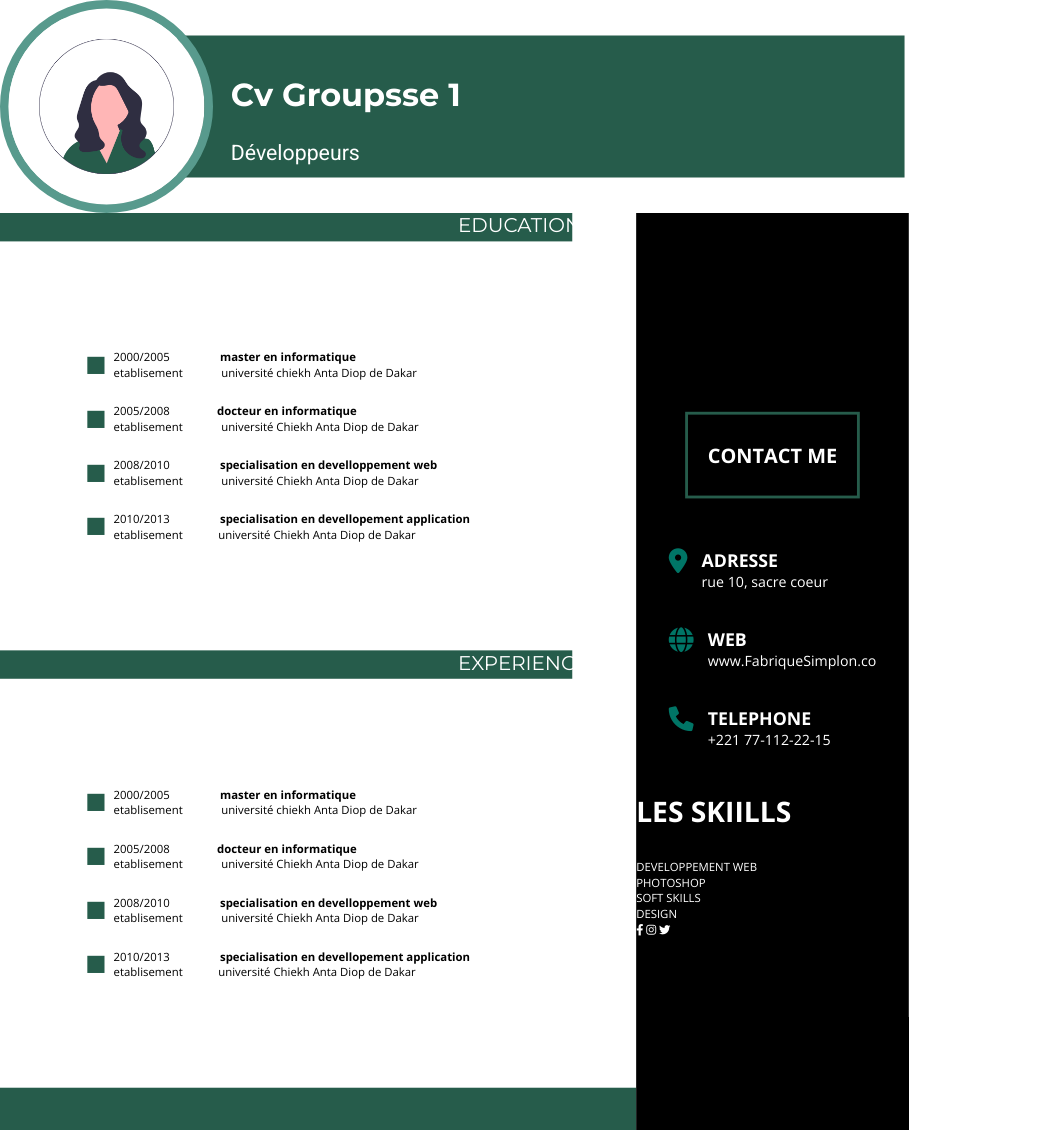
Repository: NdiongueFH/Mon_CV
Page: CV_Groupe1.html
The author's editor kept a copy of each file at every save. The page is drawn from the files as they stood at one save, then again after the next save.
The browser window is 1280 px wide. The page is 1280 px wide, then 1479 px, so the pictures cover 1479 px, including what lies to the right of the window. The pictures show the whole page, at 71% of full size.

Above is the page before, as saved 2024-08-05 15:19:41.

### CV_Groupe1.html
<!DOCTYPE html>
<html lang="fr">
<head>
    <meta charset="UTF-8">
    <meta name="viewport" content="width=device-width, initial-scale=1.0">
    <!--Intégration de police d'écriture via un lien web-->
    <link href="https://fonts.googleapis.com/css2?family=Montserrat:wght@400;700&family=Open+Sans:wght@400;700&family=Roboto:wght@400;500&display=swap" rel="stylesheet">
    <!--Intégration de notre lien CSS-->
    <!--Intégration de police d'écriture via un lien web-->
    <link href="https://fonts.googleapis.com/css2?family=Montserrat:wght@400;700&family=Open+Sans:wght@400;700&family=Roboto:wght@400;500&display=swap" rel="stylesheet">
    <link rel="stylesheet" href="https://cdnjs.cloudflare.com/ajax/libs/font-awesome/6.0.0-beta3/css/all.min.css">
    <!--Intégration de notre lien CSS-->
    <link rel="stylesheet" href="CV_Groupe1.css">
    <title>MON CV</title>

</head>
<body>
    <!--section principale-->
    <section id="principal">

        <!--Début Partie Ndiawar-->

        <!--la partie profile de notre cv-->
        <section id="profile">
            <!--identité-->
            <div id="identite">
                <!--image-->
                <div class="image">

                    <img id="image_profil" src="./image/profil.png" alt="" sizes="30" srcset="">
                </div>
                <!--fin image-->
                <!--debut nom-->
                <div class="nom">
                    <h2 id="name_cv">Cv Groupsse 1</h2>
                    <span id="function">Développeurs</span>
                </div>
                <!--fin nom-->
            </div>
            <!--fin identité-->
        </section>
        <!--fin de la partie profile-->

        <!--Fin Partie Ndiawar Diop-->


        <!--le debut du corp de notre cv-->
        <section  id="renseignement">
            <!--corp -->
            <div id="corps">
                <!--debut blanc-->
                <div class="blanc">
                    <!--Début Partie Anta Maguette Faye-->
                    <!--education-->
                    <div class="edu_exp">
                        <!--titre education-->
                        <div class="titre_edu_exp">
                            EDUCATION
                        </div>
                        <!--fin titre education-->
                        <!--parti education-->
                        <div class="info_edu">
                            <ul id="carre">
                                <li>
                                    <p>
                                        2000/2005 &nbsp;&nbsp;&nbsp;<span class="espace"> <strong>master en informatique</strong> </span><br>
                                        etablisement <span class="espace"> université chiekh Anta Diop de Dakar  </span><br>
                                    </p>
                                </li>
                                <li>
                                    <p>
                                        2005/2008  &nbsp;&nbsp;&nbsp;<span class="espace"><strong>docteur en informatique </strong> </span><br>
                                        etablisement <span class="espace"> université Chiekh Anta Diop de Dakar</span>
                                    </p>
                                </li>
                                <li>
                                    <p>
                                        2008/2010 &nbsp;&nbsp;&nbsp;<span class="espace"> <strong>specialisation en develloppement web </strong>  </span><br>
                                        etablisement <span class="espace">université Chiekh Anta Diop de Dakar</span>
                                    </p>
                                </li>
                                <li>
                                    <p>
                                        2010/2013 &nbsp;&nbsp;&nbsp;<span class="espace"> <strong>specialisation en devellopement application</strong></span>  <br>
                                        etablisement<span class="espace">université Chiekh Anta Diop de Dakar</span>
                                    </p>

                                </li>
                            </ul>
                        </div>
                        <!--fin parti education-->
                    </div>
                    <!--fin education-->


                    <!--Fin Partie Anta Maguette Faye-->

                    <!--Début Partie Fatoumata Hawa Ndiongue-->

                    <!--experience-->
                    <div class="edu_exp" >
                        <!--titre experience-->
                        <div class="titre_edu_exp">
                            EXPERIENCE
                        </div>
                        <!--fin titre experience-->
                        <!--parti experience-->
                            <div class="info_edu">
                                <ul id="carre">
                                    <li>
                                        <p>
                                            2000/2005 &nbsp;&nbsp;&nbsp;<span class="espace"> <strong>master en informatique</strong> </span><br>
                                            etablisement <span class="espace"> université chiekh Anta Diop de Dakar  </span><br>
                                        </p>
                                    </li>
                                    <li>
                                        <p>
                                            2005/2008  &nbsp;&nbsp;&nbsp;<span class="espace"><strong>docteur en informatique </strong> </span><br>
                                            etablisement <span class="espace"> université Chiekh Anta Diop de Dakar</span>
                                        </p>
                                    </li>
                                    <li>
                                        <p>
                                            2008/2010 &nbsp;&nbsp;&nbsp;<span class="espace"> <strong>specialisation en develloppement web </strong>  </span><br>
                                            etablisement <span class="espace">université Chiekh Anta Diop de Dakar</span>
                                        </p>
                                    </li>
                                    <li>
                                        <p>
                                            2010/2013 &nbsp;&nbsp;&nbsp;<span class="espace"> <strong>specialisation en devellopement application</strong></span>  <br>
                                            etablisement<span class="espace">université Chiekh Anta Diop de Dakar</span>
                                        </p>

                                    </li>
                                </ul>
                            </div>
                        <!--fin parti experience-->
                    </div>
                    <!--fin experience-->

                    <!--Début Footer-->
                    <div id="footer">

                    </div>
                    <!--Fin Footer-->

                    <!--Fin Partie Fatoumata Hawa Ndiongue-->

                </div>
                <!--fin blanc-->

                <!--Début Moustapha Dieng-->


                <!--debut noir-->
                <div class="noir">
                    <!--contact-->
                    <div class="contact">
                        <!--titre contact-->
                        <div class="titre_contact_skill">
                            <h1>CONTACT ME</h1>
                        </div>
                        <!--fin titre contact-->
                        <!-- donnee contact-->
                        <div class="donnees_contact">
                            <div class="info_contact">
                                <i class="fas fa-map-marker-alt"></i>
                                <div>
                                    <strong>ADRESSE</strong><br>
                                    rue 10, sacre coeur
                                </div>
                            </div>
                            <div class="info_contact">
                                <i class="fas fa-globe"></i>
                                <div>
                                    <strong>WEB</strong><br>
                                    www.FabriqueSimplon.co
                                </div>
                            </div>
                            <div class="info_contact">
                                <i class="fas fa-phone"></i>
                                <div>
                                    <strong>TELEPHONE</strong><br>
                                    +221 77-112-22-15

                                </div>
                            </div>

                        </div>
                        <!--fin donnee contact-->
                    </div>
                    <!--fin contact-->
                    <!--skill-->
                    <div class="skill">
                        <!--titre skill-->
                        <div class="titre_contact_skill2">
                            <h1> LES  SKIILLS</h1>
                        </div>
                        <!--fin titre skill-->
                        <!--donné skill-->
                        <div class="donnees_skill">DEVELOPPEMENT WEB</div>
                            <div class="bar-container">
                            <div class="bar"></div>
                        </div>
                        <div class="donnees_skill">PHOTOSHOP</div>
                            <div class="bar-container">
                            <div class="bar1"></div>
                        </div>
                        <div class="donnees_skill">SOFT SKILLS</div>
                            <div class="bar-container">
                            <div class="bar2"></div>
                        </div>
                        <div class="donnees_skill">DESIGN</div>
                            <div class="bar-container">
                            <div class="bar3"></div>
                        </div>
                        <!--fin donné skill-->
                    </div>
                    <!--fin skill-->
                    <!--resaux socio-->
                    <div id="resaux">
                        <div class="rs-container">
                            <div class="rs"></div>
                        </div>
                        <div class="social-icons">
                            <i class="fab fa-facebook-f"></i>
                            <i class="fab fa-instagram"></i>
                            <i class="fab fa-twitter"></i>
                        </div>
                    </div>
                    <!--fin resaux socio-->
                </div>
                <!--fin noir-->

                <!--Fin Moustapha Dieng-->


            </div>
            <!--fin corp-->

        </section>
        <!--la fin du corp de notre cv-->
    </section>
    <!--Fin section principale-->

</body>
</html>

### CV_Groupe1.css
/*Le pseudo-élément `:root` en CSS permet de définir des variables globales pour un document,
représentant l'élément `<html>`. Utilisé pour centraliser la gestion des styles comme
les couleurs et les polices, il facilite la maintenance du CSS en rendant
les valeurs facilement réutilisables et modifiables dans toute la feuille de style.*/


:root {
    /* Définition des couleurs de base */
    --teal-1: #265C4B; /* Teal foncé */
    --teal-2: #146551; /* Teal moyen foncé */
    --teal-3: #007566; /* Teal vif */
    --teal-4: #589A8D; /* Teal clair */
    --teal-5: #fff; /* Blanc très clair */
    --Noir-6: #000000; /*Noir*/
    --Blanc-7: #ffffff; /*Blanc*/

    /* Utilisation des couleurs pour différents éléments */

    --color-title: var(--teal-1); /* Couleur pour les titres */
    --color-subtitle: var(--teal-3); /* Couleur pour les sous-titres */
    --color-paragraph: var(--teal-2); /* Couleur pour les paragraphes */
    --color-border: var(--teal-4); /* Couleur pour les bordures */
    --color-backgroundFoncé: var(--teal-1); /*Couleur de fond foncée*/
    --color-background: var(--teal-5); /* Couleur de fond général */
    --color-text: var(--Noir-6); /*Couleur pour le texte de fond*/
    --color-white: var(--Blanc-7); /*Couleur blanche pour les texte de fon d'une balise"*/
}

/*Intégration de nos polices d'écritures générales pour notre texte, titre et les sous-titres*/
:root {
    /* Polices */
    --font-title: 'Montserrat', sans-serif;
    --font-text: 'Open Sans', sans-serif;
    --font-subtitle: 'Roboto', sans-serif;

    /* Taille de police standard et poids */
    --font-size-normal: 16px; /* Taille de police standard pour le texte */
    --font-size-title: 28px; /* Taille de police pour les grands titres */
    --font-size-subtitle: 20px; /* Taille de police pour les sous-titres */
    --font-weight-normal: 400; /* Poids normal de la police */
    --font-weight-bold: 700; /* Poids en gras */
    /*Pour le profil la taile du nom et du sous-titre*/
    --font-size-titleProfil: 45px;
    --font-size-subtitleProfil: 30px;
}

/*Intégration de nos polices d'écritures générales pour notre texte, titre et les sous-titres*/
:root {
    /* Polices */
    --font-title: 'Montserrat', sans-serif;
    --font-text: 'Open Sans', sans-serif;
    --font-subtitle: 'Roboto', sans-serif;

    /* Taille de police standard et poids */
    --font-size-normal: 16px; /* Taille de police standard pour le texte */
    --font-size-title: 28px; /* Taille de police pour les grands titres */
    --font-size-subtitle: 20px; /* Taille de police pour les sous-titres */
    --font-weight-normal: 400; /* Poids normal de la police */
    --font-weight-bold: 700; /* Poids en gras */
    /*Pour le profil la taile du nom et du sous-titre*/
    --font-size-titleProfil: 45px;
    --font-size-subtitleProfil: 30px;
}

/*Initialisation de notre body pour supprimer les marges et choix du type de police pour notre site*/


/*Initialisation de notre body pour supprimer les marges et choix du type de police pour notre site*/
* {
  box-sizing: border-box;
}

body {
    margin: 0;
    padding: 0;
    color: var(--color-text);
    font-family: var(--font-text);
    font-size: var(--font-size-normal);
    font-weight: var(--font-weight-normal);
    overflow-x: hidden;
}

/*Partie Ndiawar Diop*/
    /*Début partie profil de Mon_CV*/

/*Div Identité*/
#identite {
    display: flex;
    align-items: center; /* Pour aligner verticalement les éléments à l'intérieur */
    background: none;
}
/*Image*/
.image {
    border: 12px solid var(--color-border);
    width: 300px;  /* Assurez-vous que le conteneur est carré */
    height: 300px;
    border-radius: 50%;  /* Rend l'image ronde */
    overflow: hidden;  /* Cache les parties de l'image qui débordent */
    z-index: 2; /* Nous Plaçons l'image au-dessus de .nom */
    position: relative; /* Nécessaire pour appliquer z-index */
}

#image_profil {
    width: 100%;
    height: 100%;
    object-fit: contain;  /* Garantit que l'image couvre tout l'espace sans déformation */
}
/*Le nom du profil*/
.nom {
    background-color: var(--color-backgroundFoncé);
    width: 80%;
    height: 200px; /* Aligner la hauteur avec celle de l'image */
    display: flex;
    color: var(--color-white);
    flex-direction: column;
    justify-content: center;
    text-align: left;
    padding: 0 20px 0 75px;
    margin-left: -50px; /* Ajustement pour le chevauchement */
    z-index: 1; /* S'assurer que .nom se superpose à .image */
    position: relative;
}
#name_cv{
    font-family: var(--font-title);
    font-size: var(--font-size-titleProfil);
    font-weight: var(--font-weight-bold);
}
#function {
    font-family: var(--font-subtitle);
    font-size: var(--font-size-subtitleProfil);
    font-weight: var(--font-weight-normal);
}
    /*Fin Partie profil de Mon_Cv*/
/*Fin Partie Ndiawar Diop*/

/*titre de l'ducation education*/
.titre_edu_exp{

    font-size: var(--font-size-title);
    font-family: var(--font-title);
    background-color: var(--color-title);
    width: 90%;
    height: 40px;
    text-indent: 80%;
    color: var(--color-white);
}
/*partie education*/
.info_edu{
font-size: var(--font-size-normal);
font-family: var(--font-text);
color: var(--color-text);
padding: 120px;

}
/*l espace entre les deux bloc d'information*/
.espace{

margin-left: 50px;
/*text-align:initial;*/
}
/*creation de carree avant les ecriture*/
#carre li{

    display: flex;
    position: relative;
}

 #carre li::before{
   content:"■";
   font-size: 50px;
   color: var(--color-title);
   position: absolute;
   margin-left: -40px;
}

/*Footer*/
#footer {
    height: 10px;
    padding: 30px;
    background-color: var(--color-backgroundFoncé);
}

/*#principal {
    display: flex;
    background-color: white;
    width: 1600px;
    height: 2400px;
    margin: 0;
}*/
#corps {
    display: flex;
    width: 100%;
}
.blanc {
    width: 70%;
    height: auto;
}

.noir {
    padding-top: 200px;
    width: 30%;
    background-color: var(--color-text);
    height: auto;
    color: var(--color-white);
}
.contact {
    display: flex;
    flex-direction: column;
    align-items: center; /* Center horizontally */
    justify-content: center; /* Center vertically (if height is set) */
    width: 80%; /* ou toute autre largeur appropriée */
    margin: 0 auto;
    padding-top: 80px;
    color: var(--color-white);
}

.titre_contact_skill {
    font-size: 24px;
    margin-bottom: 10px;
    text-align: center; /* Center the title text */
    border: 4px solid var(--color-backgroundFoncé);
    width: 80%; /* Ajuste selon tes besoins */
    padding: 10px;
}

.titre_contact_skill2{
    display: flex;
    flex-wrap: wrap;
    font-size: 34px;
    margin-left: 0px;
    padding-top: 0px;
    margin-top: 20px;
}

/*h1{
    border: #007566 solid;
    width: 500px;
    height: 70px;
    text-align: center;
    justify-content: center;
    align-items: center;
    padding-top: 15px;

}*/

.donnees_contact {
    display: flex;
    flex-wrap: wrap;
    flex-direction: column;
    gap: 10px;
    padding-top: 20px;
}

.info_contact {
    display: flex;
    flex-wrap: wrap;
    align-items: flex-start;
    font-size: 20px;
    color: #ffffff;
    margin-top: 40px;
}

.info_contact i {
    color: #007566;
    font-size: 35px;
    margin-right: 20px;
}

.info_contact div {
    display: flex;
    flex-direction: column;
}

.info_contact strong {
    font-size: 25px;
}

.info_contact br {
    display: none;
}
/*.bar-container {
    width: 500px;
    background-color: black;
    border: 1px solid #007566;
    border-radius: 5px;
    margin-left: 90px;
}

.bar {
    width: 400px;
    height: 30px;
    background-color: #007566;
}
.bar1 {
    width: 200px;
    height: 30px;
    background-color: #007566;
}
.bar2 {
    width: 410px;
    height: 30px;
    background-color: #007566;
}
.bar3 {
    width: 460px;
    height: 30px;
    background-color: #007566;
}
.donnees_skill{
    justify-content: center;
    align-items: center;
    text-align: center;
    font-size: 34px;
    margin-top: 12px;
}
.rs-container {
    width: 500px;
    background-color: black;
    border: 1px solid #fcfdfd;
    border-radius: 5px;
    margin-left: 90px;
}
.rs {
    width: 500px;
    height: 8px;
    background-color: #fbfdfd;
}
#resaux{
    margin-top: 400px;
}
.social-icons {
    margin-top: 20px;
padding-left: 140px;
padding-top: 20px;
}


.social-icons i {
    justify-content: center;
    align-items: center;
    font-size: 74px;
    border: 1px #ffffff solid;
    border-radius: 5px;
    color: #000000;
    background-color: #ffffff;
    margin-left: 50px;
}*/

After the next save:
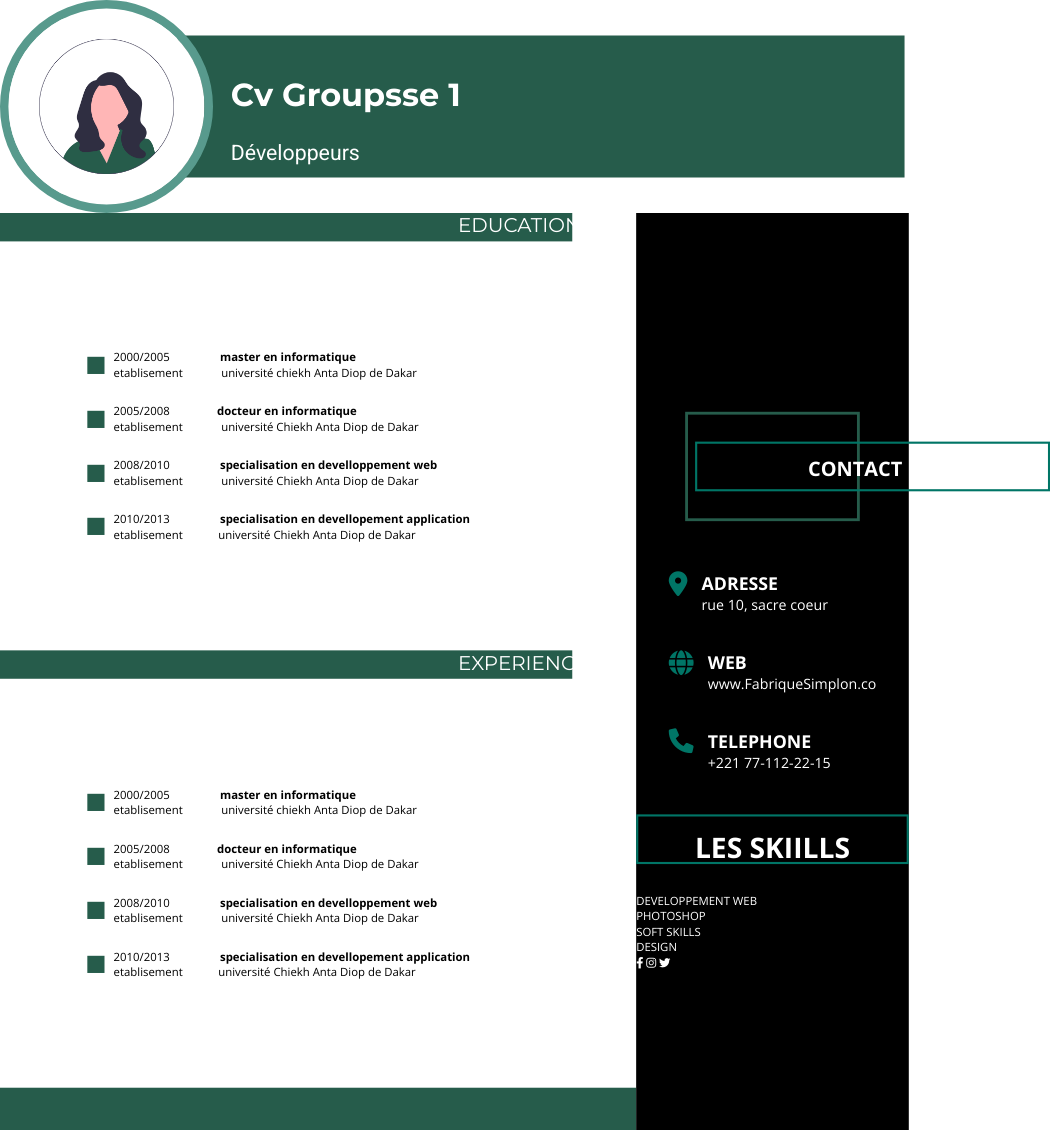
Saved 23 s later.
--- a/CV_Groupe1.css
+++ b/CV_Groupe1.css
@@ -232,7 +232,7 @@ margin-left: 50px;
     margin-top: 20px;
 }
 
-/*h1{
+h1{
     border: #007566 solid;
     width: 500px;
     height: 70px;
@@ -241,7 +241,7 @@ margin-left: 50px;
     align-items: center;
     padding-top: 15px;
 
-}*/
+}
 
 .donnees_contact {
     display: flex;
